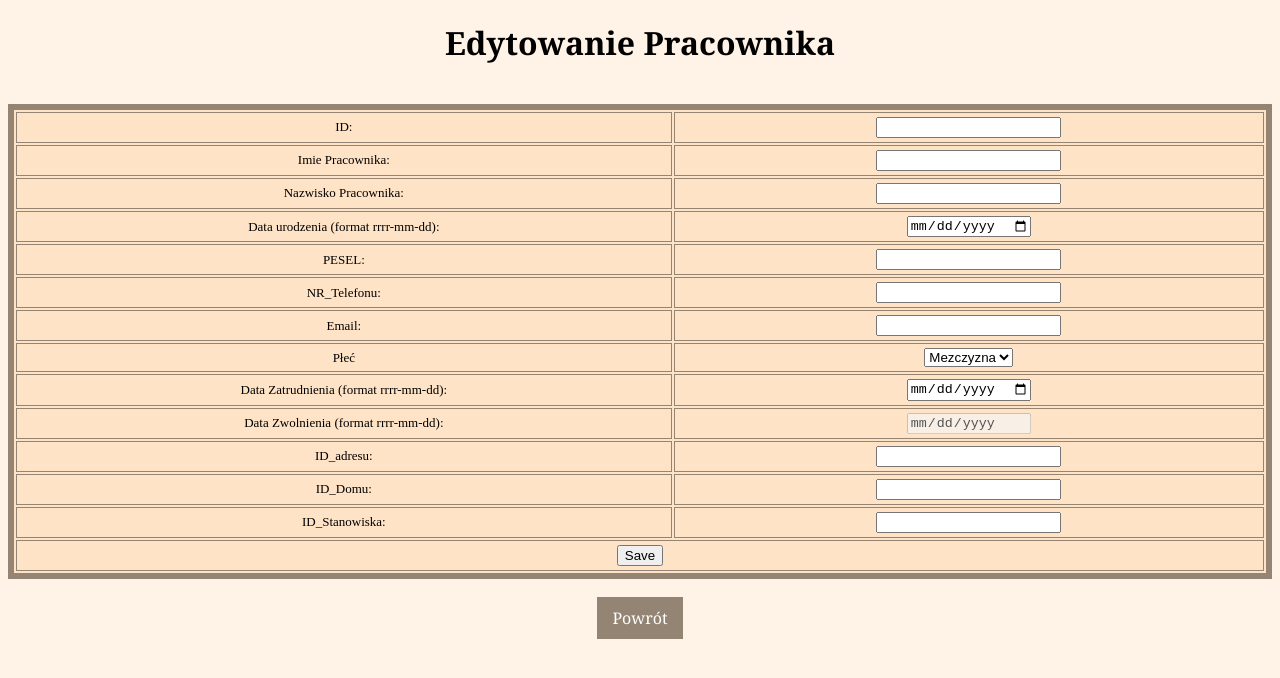
Repository: marcinRuta/houseOfCulture-crud-webapp-database
Page: http://localhost/edit_form_pracownicy
The author's editor kept a copy of each file at every save. The page is drawn from the files as they stood at one save, then again after the next save.
The browser window is 1280 px wide. The pictures show the whole page.
The page is this project's Thymeleaf template; nobody is signed in. The template is opened directly, without the code that normally fills it, so the values that code supplies are empty.

Above is the page before, as saved 2021-01-10 00:04:42.

### DomKultury/src/main/resources/templates/edit_form_pracownicy.html
<!DOCTYPE html>
<html xmlns="http://www.w3.org/1999/xhtml"
	xmlns:th="http://www.thymeleaf.org">
<head>
<meta charset="UTF-8">
<link rel="stylesheet" href="../static/css/tabele.css" th:href="@{/css/tabele.css}" >
<title>Aplikacja do obsługi Domu Kultury</title>
</head>
<body>

	<div align="center">

		<!-- Page header -->
		<h1>Edytowanie Pracownika</h1>

		<!-- End line/new line -->

		<br/>

		<form action="#" th:action="@{/updateP}" th:object="${EditPracownicy}"
			method="post">

			<!-- Table -->
		<table class="cinereousTable">

				<tr>
					<td>ID:</td>
					<td><input type="text" th:field="*{ID_Pracownika}"
						readonly="readonly"></td>

				</tr>
				<tr>
					<td>Imie Pracownika:</td>
					<td><input type="text" th:field="*{Imie}"></td>
				</tr>

				<!-- Table 2nd row -->

				<tr>
					<td>Nazwisko Pracownika:</td>
					<td><input type="text" th:field="*{Nazwisko}"></td>
				</tr>

				<!-- Table 3rd row -->

				<tr>
					<td>Data urodzenia (format rrrr-mm-dd):</td>
					<td><input type="date" th:field="*{Data_urodzenia}"></td>
				</tr>

				<!-- Table 4th row -->

				<tr>
					<td>PESEL:</td>
					<td><input type="text" th:field="*{PESEL}"></td>
				</tr>

				<!-- Table 5th row -->

				<tr>
					<td>NR_Telefonu:</td>
					<td><input type="text" th:field="*{NR_Telefonu}"></td>
				</tr>

				<!-- Table 6th row -->

				<tr>
					<td>Email:</td>
					<td><input type="text" th:field="*{Email}"></td>
				</tr>

				<!-- Table 7th row -->

				<tr>
					<td>Płeć</td>
					<td><select th:field="*{Plec}">
							<option value="Mezczyzna">Mezczyzna</option>
							<option value="Kobieta">Kobieta</option>
					</select>
					</td>
				</tr>

				<!-- Table 8th row -->

				<tr>
					<td>Data Zatrudnienia (format rrrr-mm-dd):</td>
					<td><input type="date" th:field="*{Data_Zatrudnienia}"></td>
				</tr>

				<!-- Table 9th row -->

				<tr>
					<td>Data Zwolnienia (format rrrr-mm-dd):</td>
					<td><input id="Data" disabled="disabled" type="date" th:field="*{Data_Zwolnienia}"></td>
				</tr>

				<!-- Table 10th row -->

				<tr>
					<td>ID_adresu:</td>
					<td><input type="text" th:field="*{ID_Adresu}"></td>
				</tr>

				<!-- Table 11th row -->

				<tr>
					<td>ID_Domu:</td>
					<td><input type="text" th:field="*{ID_Domu}"></td>
				</tr>

				<!-- Table 12th row -->

				<tr>
					<td>ID_Stanowiska:</td>
					<td><input type="text" th:field="*{ID_Stanowiska}"></td>
				</tr>

				<!--  Button for save -->
				<tr>
				<td colspan="2"><button type="submit">Save</button>
				</td>
				</tr>

			</table>
		</form>
			<br/>
				<!-- EXIT -->
				<a href="/P">Powrót</a>
	</div>

</body>
</html>

### DomKultury/src/main/resources/static/css/tabele.css

table.cinereousTable {
  border: 6px solid #948473;
  background-color: #FFE3C6;
  width: 100%;
  text-align: center;
}
table.cinereousTable td, table.cinereousTable th {
  border: 1px solid #948473;
  padding: 4px 4px;
}
table.cinereousTable tbody td {
  font-size: 13px;
}
table.cinereousTable thead {
  background: #948473;
  background: -moz-linear-gradient(top, #afa396 0%, #9e9081 66%, #948473 100%);
  background: -webkit-linear-gradient(top, #afa396 0%, #9e9081 66%, #948473 100%);
  background: linear-gradient(to bottom, #afa396 0%, #9e9081 66%, #948473 100%);
}
table.cinereousTable thead th {
  font-size: 17px;
  font-weight: bold;
  color: #F0F0F0;
  text-align: left;
  border-left: 2px solid #948473;
}
table.cinereousTable thead th:first-child {
  border-left: none;
}

table.cinereousTable tfoot td {
  font-size: 16px;
}

body {
  background-color: #FFF3E7;
}
h1 {
  color: black;
  font-family: Georgia, serif;
}
p {
  color: black;
}
a:link, a:visited {
  background-color: #948473;
  color: white;
  padding: 10px 15px;
  text-align: center;
  text-decoration: none;
  display: inline-block;
  font-family: Georgia, serif;
}

a:hover, a:active {
  background-color: 948473;
}
.button {
  background-color: #948473; /* Green */
  border: none;
  color: white;
  padding: 10px 14px;
  text-align: center;
  text-decoration: none;
  display: inline-block;
  font-size: 16px;
  font-family: Georgia, serif;
  transition-duration: 0.4s;
}

.button:hover {
 background-color: #3D362F ;
  border: none;
  color: white;
  padding: 10px 11px;
  text-align: center;
  text-decoration: none;
  display: inline-block;
  font-size: 16px;
  font-family: Georgia, serif;

}

After the next save:
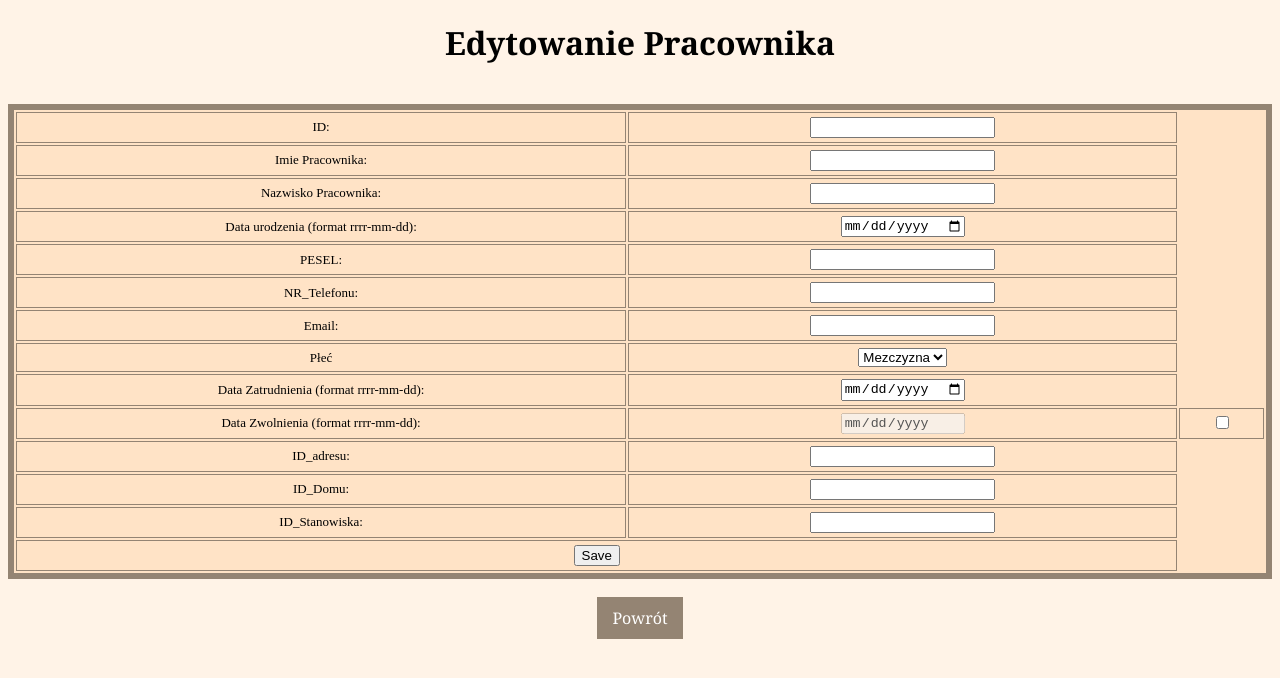
Saved 2 min 0 s later.
--- a/DomKultury/src/main/resources/templates/edit_form_pracownicy.html
+++ b/DomKultury/src/main/resources/templates/edit_form_pracownicy.html
@@ -92,6 +92,7 @@
 				<tr>
 					<td>Data Zwolnienia (format rrrr-mm-dd):</td>
 					<td><input id="Data" disabled="disabled" type="date" th:field="*{Data_Zwolnienia}"></td>
+					<td><input type="checkbox" id="ch" onclick="Enabledch(this)"/></td>
 				</tr>
 
 				<!-- Table 10th row -->
